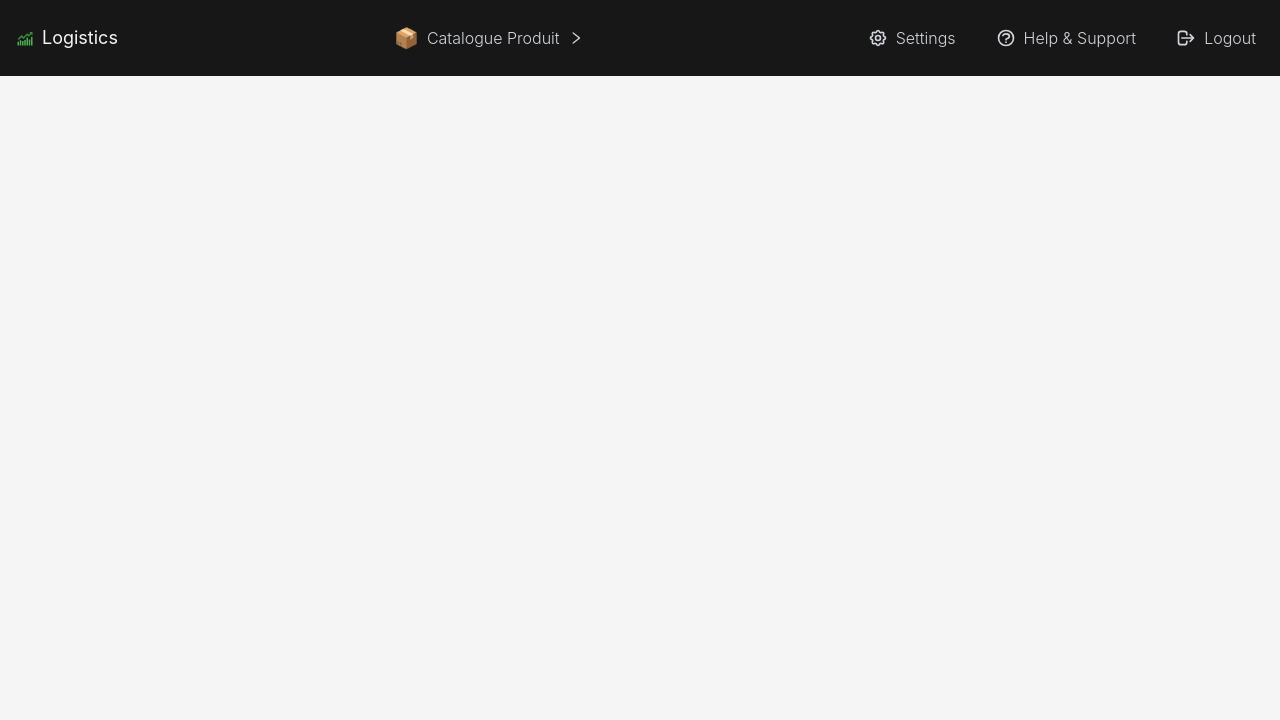
Repository: Mayar2222/Dashboard
Page: /
These files come from the project's save history. The page is drawn as it stood at one moment and after the next save; the edit follows.
The browser window is 1280 px wide. The pictures show the whole page.
Pictures or frames that could not be fetched are drawn as grey boxes. The project was rebuilt for these pictures with package versions that can differ from the ones it lists, and the page was loaded fresh each time. Also part of the build but not shown: src/components/CatalogueProduits.jsx, src/components/Categories.jsx.

Above is the page before, as saved 2024-07-28 16:44:12.

After the next save:
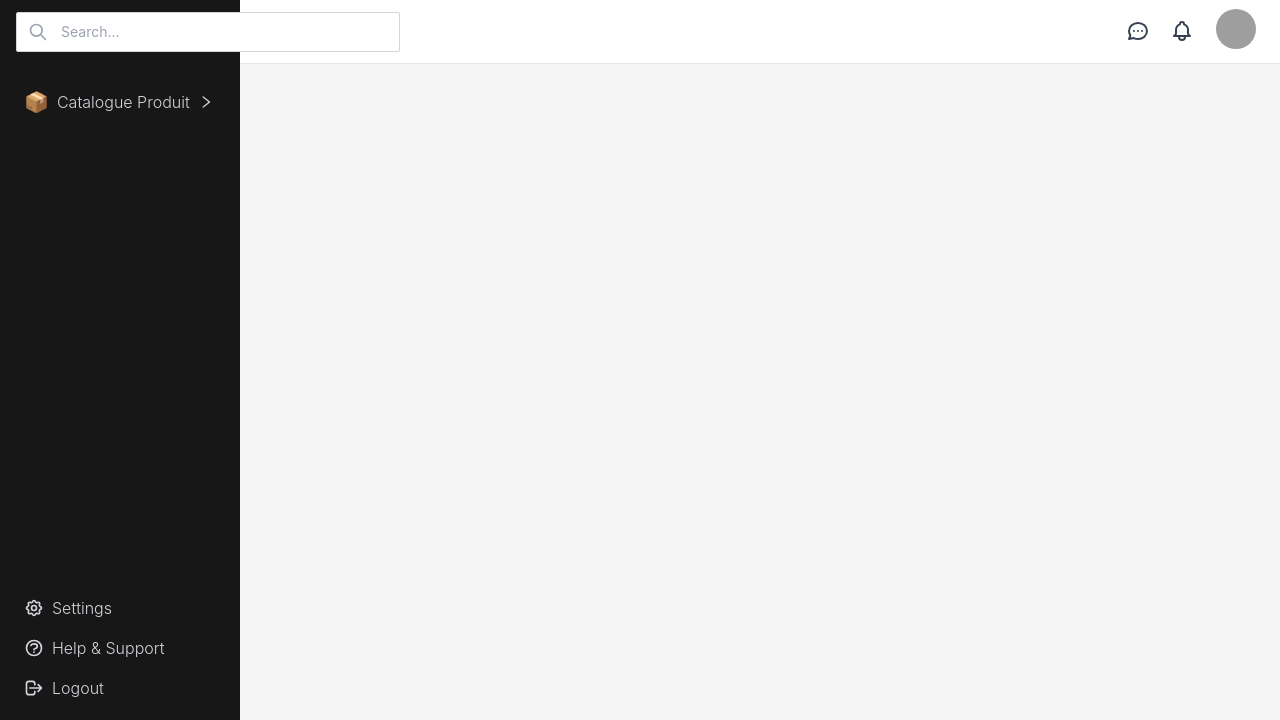
Saved 9 min 13 s later.
--- a/src/components/shared/Sidebar.jsx
+++ b/src/components/shared/Sidebar.jsx
@@ -19,26 +19,25 @@
   };
 
   return (
-    <nav className="bg-neutral-900 w-full p-3 flex items-center text-white fixed top-0 z-10">
-      <div className={`${titleClasses} mr-auto`}>
+    <div className="bg-neutral-900 w-60 p-3 flex flex-col text-white h-full fixed">
+      <div className={titleClasses}>
         <FcBullish />
         <span>Logistics</span>
       </div>
-      <div className="flex space-x-4">
-        <div className="relative">
+      <div className="flex-1 mt-4">
+        <div>
           <button onClick={toggleCatalogue} className={linkClasses}>
             <span className="text-xl">📦</span>
             <span>Catalogue Produit</span>
             {isCatalogueOpen ? <AiOutlineDown /> : <AiOutlineRight />}
           </button>
           {isCatalogueOpen && (
-            <div className="absolute left-0 mt-2 w-48 bg-neutral-800 rounded-md shadow-lg z-20">
-
+            <div className="ml-6 mt-2">
+              <Link to="/catalogue" className={linkClasses}>
+                Catalogue Produit
+              </Link>
               <Link to="/categories" className={linkClasses}>
                 Catégories du produit
-              </Link>
-              <Link to="/produit" className={linkClasses}>
-                Produit
               </Link>
             </div>
           )}
@@ -54,7 +53,7 @@
           </Link>
         ))}
       </div>
-      <div className="flex space-x-4 ml-auto">
+      <div className="mt-4">
         {DASHBOARD_SIDEBAR_BOTTOM_LINKS.map(({ key, path, icon, label }) => (
           <Link
             key={key}
@@ -73,6 +72,6 @@
           <span>Logout</span>
         </Link>
       </div>
-    </nav>
+    </div>
   );
 }

After the save that followed:
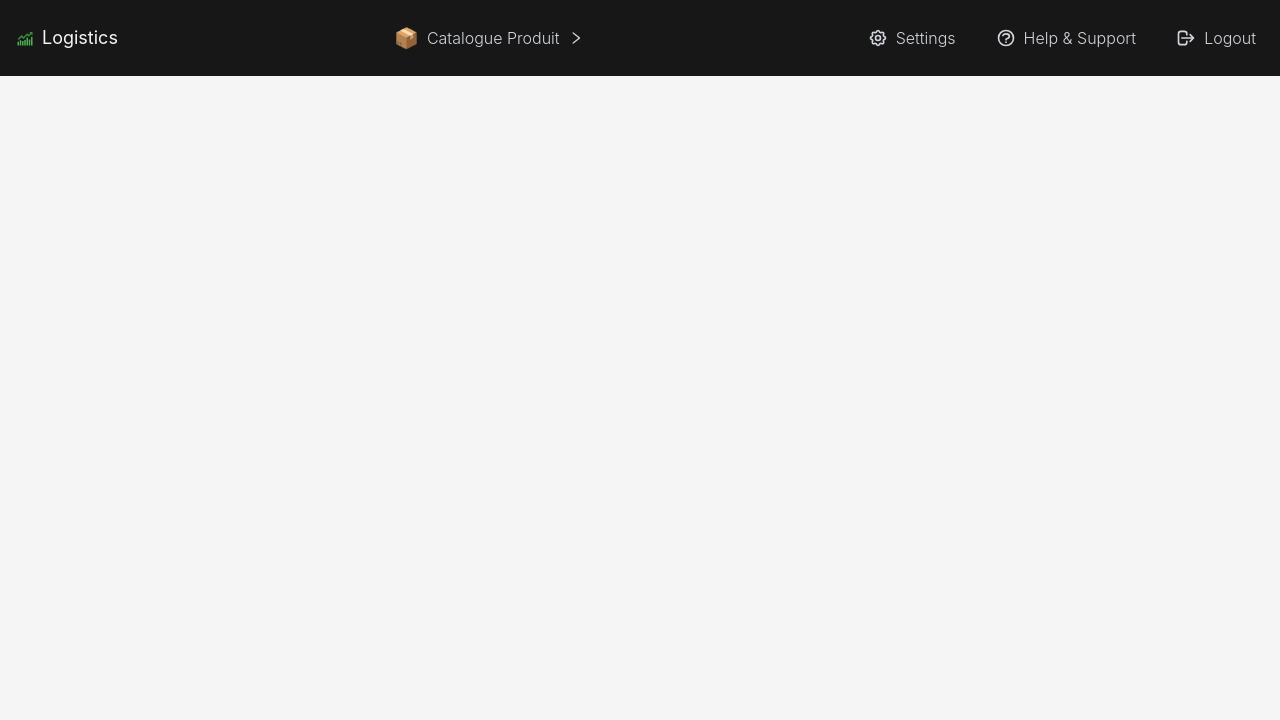
Saved 17 s later.
--- a/src/components/shared/Sidebar.jsx
+++ b/src/components/shared/Sidebar.jsx
@@ -19,25 +19,26 @@
   };
 
   return (
-    <div className="bg-neutral-900 w-60 p-3 flex flex-col text-white h-full fixed">
-      <div className={titleClasses}>
+    <nav className="bg-neutral-900 w-full p-3 flex items-center text-white fixed top-0 z-10">
+      <div className={`${titleClasses} mr-auto`}>
         <FcBullish />
         <span>Logistics</span>
       </div>
-      <div className="flex-1 mt-4">
-        <div>
+      <div className="flex space-x-4">
+        <div className="relative">
           <button onClick={toggleCatalogue} className={linkClasses}>
             <span className="text-xl">📦</span>
             <span>Catalogue Produit</span>
             {isCatalogueOpen ? <AiOutlineDown /> : <AiOutlineRight />}
           </button>
           {isCatalogueOpen && (
-            <div className="ml-6 mt-2">
-              <Link to="/catalogue" className={linkClasses}>
-                Catalogue Produit
-              </Link>
+            <div className="absolute left-0 mt-2 w-48 bg-neutral-800 rounded-md shadow-lg z-20">
+
               <Link to="/categories" className={linkClasses}>
                 Catégories du produit
+              </Link>
+              <Link to="/produit" className={linkClasses}>
+                Produit
               </Link>
             </div>
           )}
@@ -53,7 +54,7 @@
           </Link>
         ))}
       </div>
-      <div className="mt-4">
+      <div className="flex space-x-4 ml-auto">
         {DASHBOARD_SIDEBAR_BOTTOM_LINKS.map(({ key, path, icon, label }) => (
           <Link
             key={key}
@@ -72,6 +73,6 @@
           <span>Logout</span>
         </Link>
       </div>
-    </div>
+    </nav>
   );
 }
